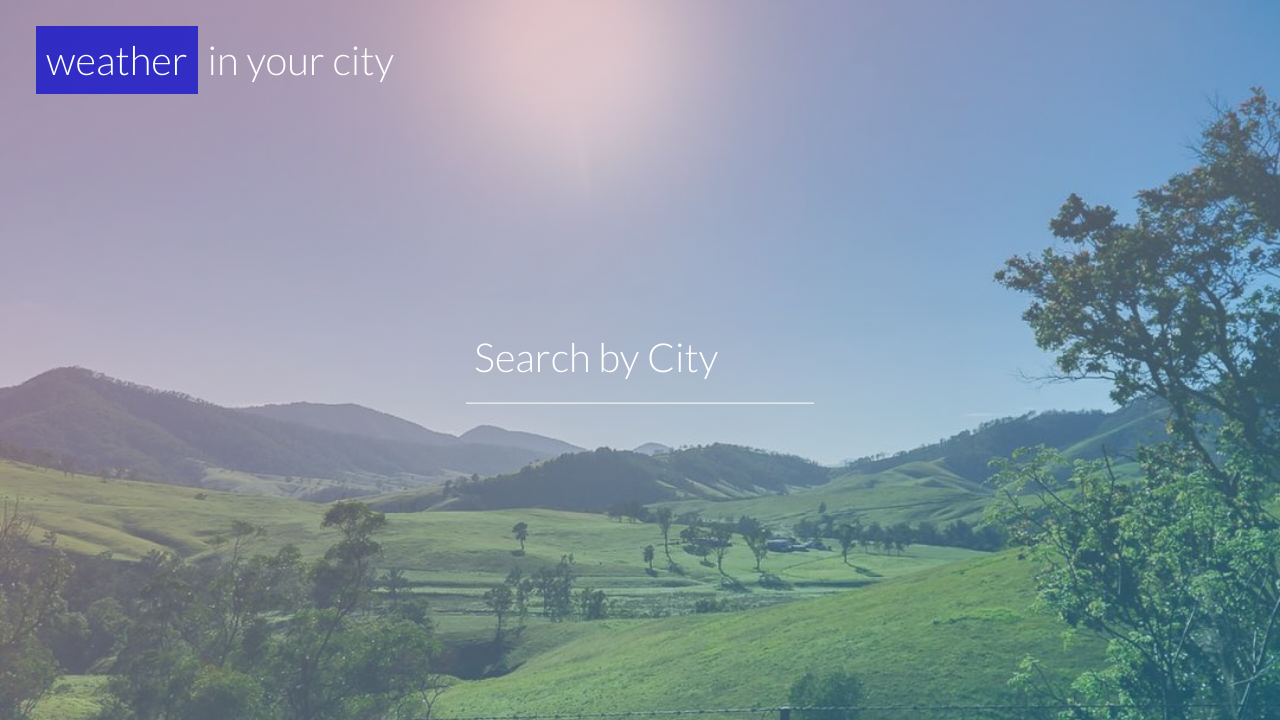
Repository: nosplashurinal/weather-app
Page: /
These files come from the project's save history. The page is drawn as it stood at one moment and after the next save; the edit follows.
The browser window is 1280 px wide. The pictures show the whole page.
The project was rebuilt for these pictures with package versions that can differ from the ones it lists, and the page was loaded fresh each time. Also part of the build but not shown: src/components/WeatherDataBlock.vue.

Above is the page before, as saved 2018-12-29 01:07:37.

After the next save:
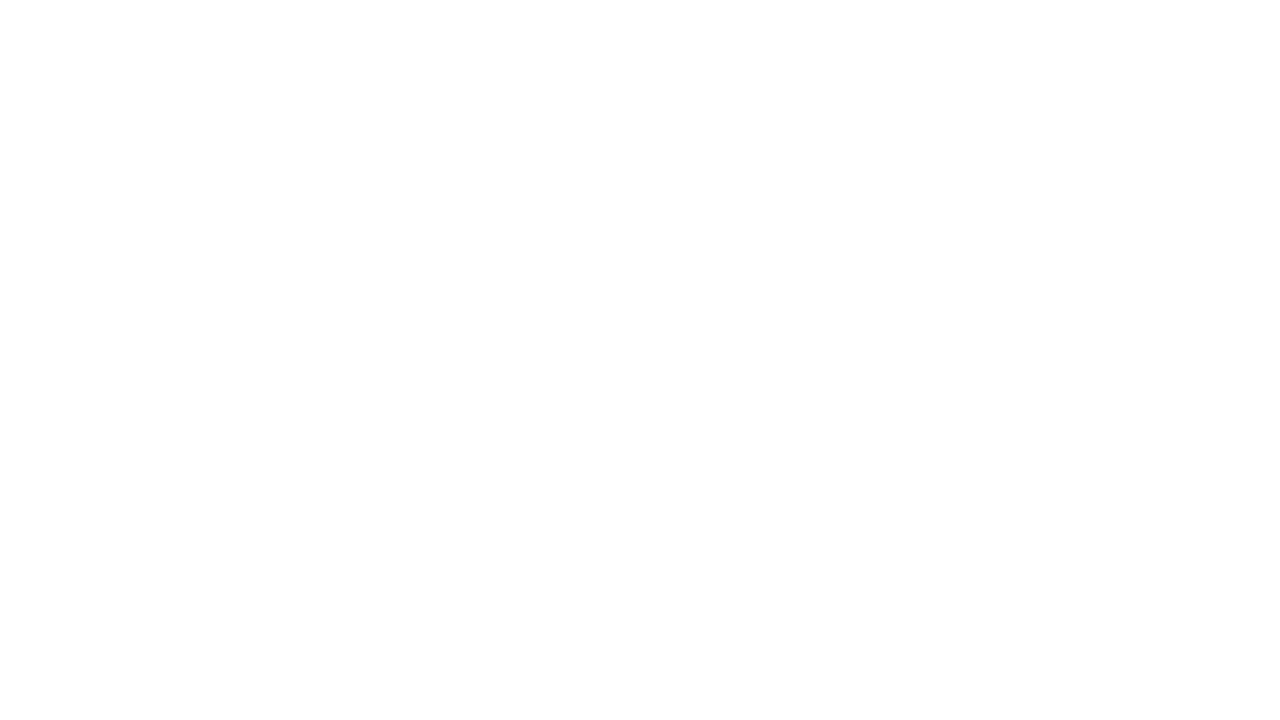
Saved 3 min 0 s later.
--- a/src/App.vue
+++ b/src/App.vue
@@ -1,9 +1,6 @@
 <template>
   <div class="root-container">
-    <div
-      class="bg"
-      v-bind:style="{backgroundImage: `${this.weatherData ? `url(https://loremflickr.com/g/1920/1080/${weatherData.name},${weatherData.description})` : `url(${bg})`}`}"
-    ></div>
+    <div class="bg" v-bind:style="getBackgroundImage"></div>
     <div v-show="!showResults" class="overlay"></div>
     <div class="title">
       <span>weather</span>
@@ -168,6 +165,19 @@
           });
       });
     }
+  },
+  computed: {
+    getBackgroundImage() {
+      return {
+        backgroundImage: `${
+          this.weatherData
+            ? `url(https://loremflickr.com/g/1920/1080/${this.weatherData.name},${
+                this.weatherData.description
+              })`
+            : `url(${bg})`
+        }`
+      };
+    }
   }
 };
 </script>

After the save that followed:
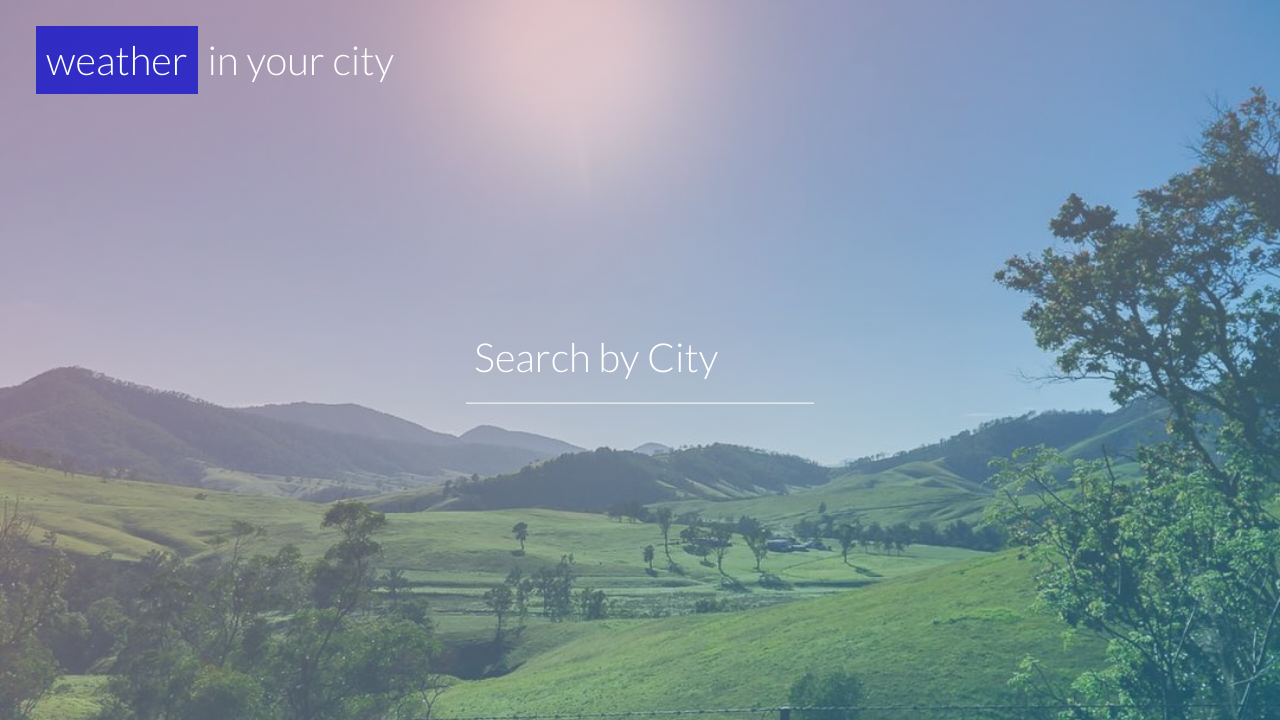
Saved 21 s later.
--- a/src/App.vue
+++ b/src/App.vue
@@ -174,7 +174,7 @@
             ? `url(https://loremflickr.com/g/1920/1080/${this.weatherData.name},${
                 this.weatherData.description
               })`
-            : `url(${bg})`
+            : `url(${this.bg})`
         }`
       };
     }
